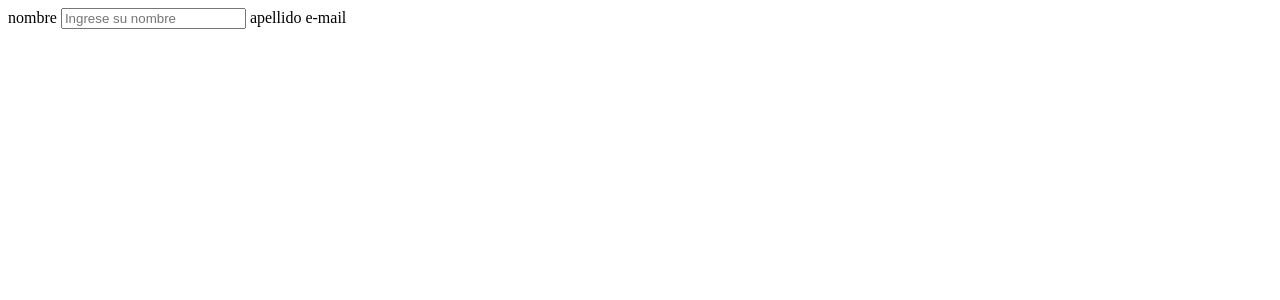
Repository: PabloSebastianPorto/Entrega-CV-1-ARG-PROG
Page: form.html
The author's editor kept a copy of each file at every save. The page is drawn from the files as they stood at one save, then again after the next save.
The browser window is 1280 px wide. The pictures show the whole page.

Above is the page before, as saved 2023-01-06 10:35:35.

### form.html
<!DOCTYPE html>
<html lang="es">
  <head>
    <meta charset="UTF-8" />
    <meta http-equiv="X-UA-Compatible" content="IE=edge" />
    <meta name="viewport" content="width=device-width, initial-scale=1.0" />
    <title>Formulario</title>
  </head>
  <body>
    <form>
      <label>nombre</label>
      <input type="Nombre" placeholder="Ingrese su nombre" />
      <label>apellido</label>

      <label>e-mail</label>
    </form>
  </body>
</html>

After the next save:
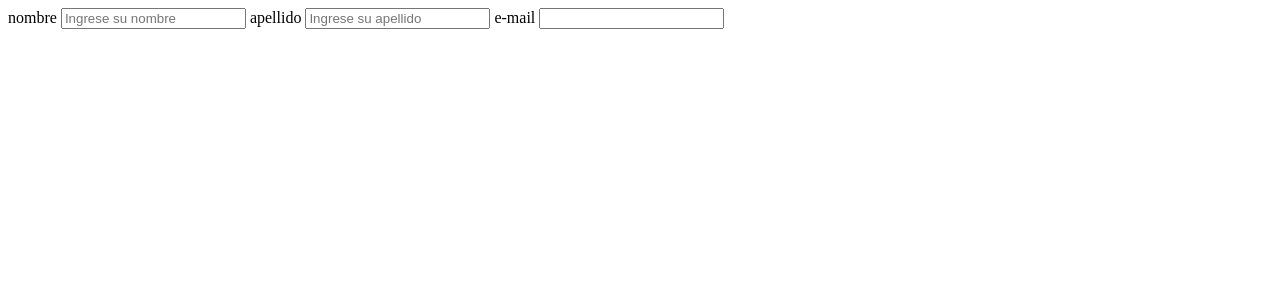
Saved 2 min 49 s later.
--- a/form.html
+++ b/form.html
@@ -11,8 +11,9 @@
       <label>nombre</label>
       <input type="Nombre" placeholder="Ingrese su nombre" />
       <label>apellido</label>
-
+      <input type="Apellido" placeholder="Ingrese su apellido" />
       <label>e-mail</label>
+      <input type="email" name="" id="" />
     </form>
   </body>
 </html>
